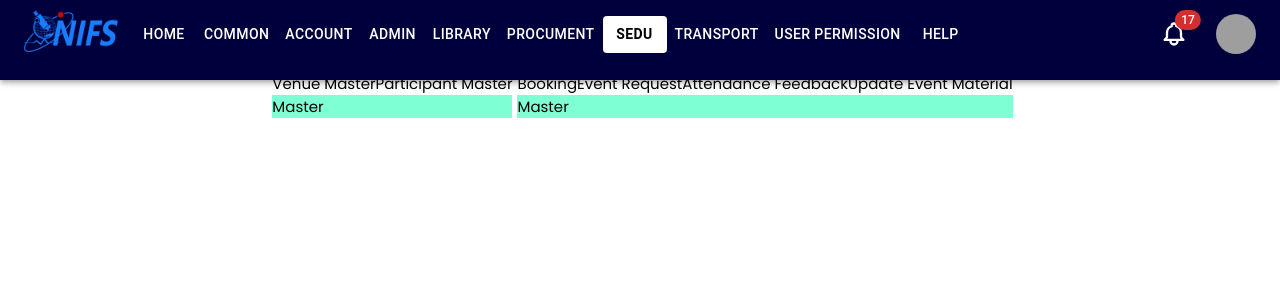
Repository: virangaj/NIFS-WebApp
Page: /sedu (app in client/)
The author's editor kept a copy of each file at every save. The page is drawn from the files as they stood at one save, then again after the next save.
The browser window is 1280 px wide. The pictures show the whole page.
Pictures or frames that could not be fetched are drawn as grey boxes. The project was rebuilt for these pictures with package versions that can differ from the ones it lists, and the page was loaded fresh each time. Also part of the build but not shown: client/src/pages/Login.tsx, client/src/pages/Home.tsx, client/src/components/Transport/shared/TransportNavbar.js, client/src/pages/TransportMainPage.tsx, client/src/pages/CommonMainPage.tsx, client/src/pages/AccountMainPage.tsx, client/src/pages/AdminMainPage.tsx, client/src/pages/LibraryMainPage.js and 4 more.

Above is the page before, as saved 2022-07-27 00:42:50.

After the next save:
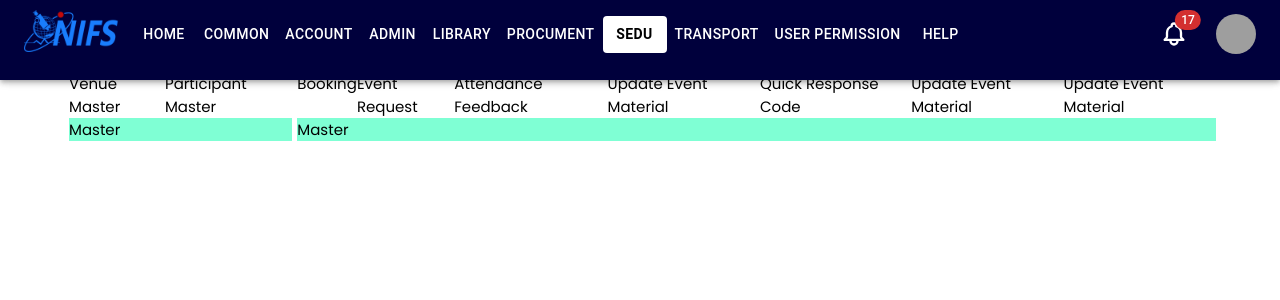
Saved 24 s later.
--- a/client/src/components/sedu/SeduSecondaryNavbar.tsx
+++ b/client/src/components/sedu/SeduSecondaryNavbar.tsx
@@ -24,6 +24,9 @@ function SeduSecondaryNavbar() {
                     <p className='nav-title'>Event Request</p>
                     <p className='nav-title'>Attendance Feedback</p>
                     <p className='nav-title'>Update Event Material</p>
+                    <p className='nav-title'>Quick Response Code</p>
+                    <p className='nav-title'>Update Event Material</p>
+                    <p className='nav-title'>Update Event Material</p>
                 </div>
                 <div className='nav-title-section'>
                     <p className='nav-title'>Master</p>
